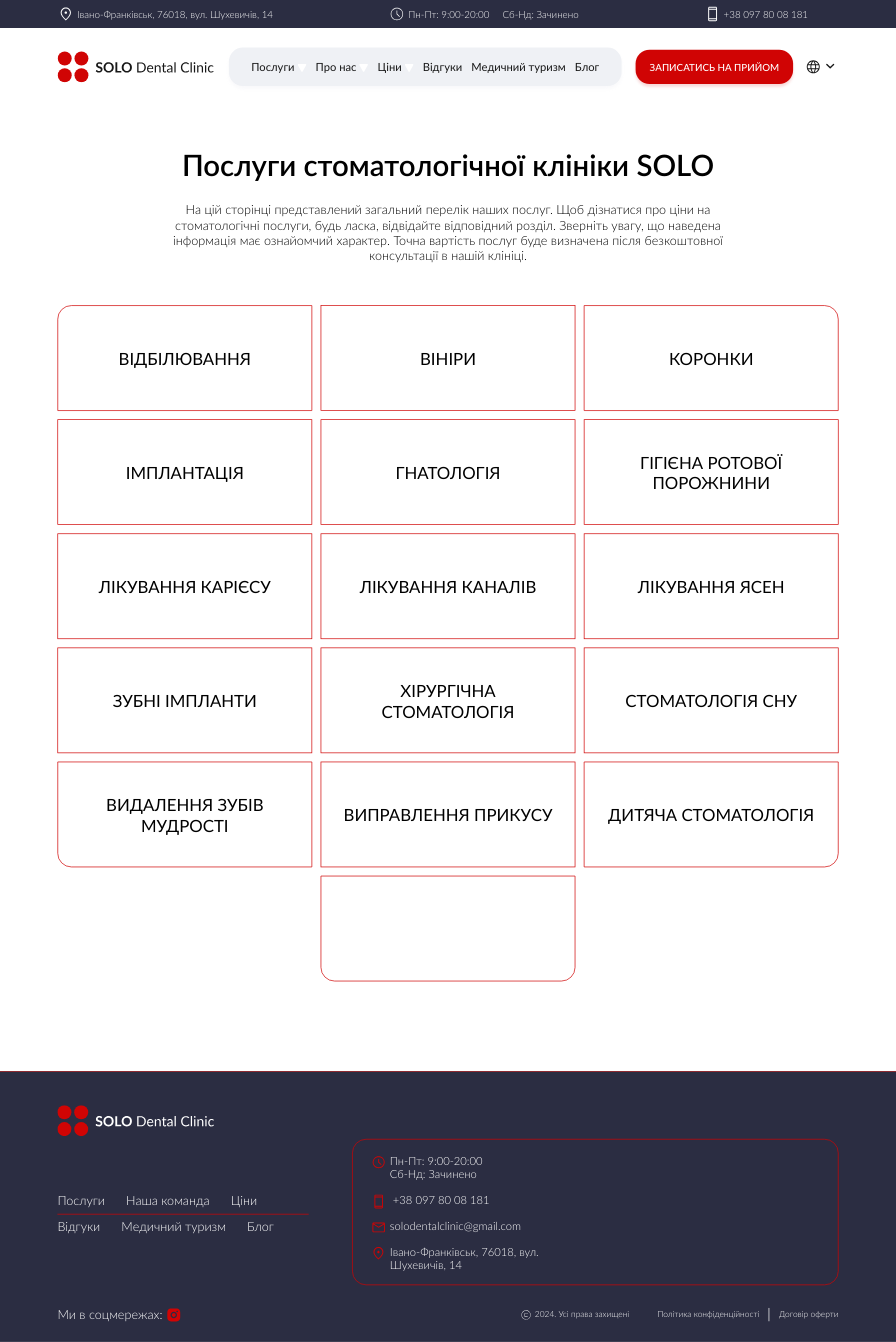
Repository: TarasDutchak/dental-clinic
Page: services.html
The author's editor kept a copy of each file at every save. The page is drawn from the files as they stood at one save, then again after the next save.
The browser window is 1280 px wide. The pictures show the whole page, at 70% of full size.
Pictures or frames that could not be fetched are drawn as grey boxes.

Above is the page before, as saved 2024-12-30 07:50:36.

After the next save:
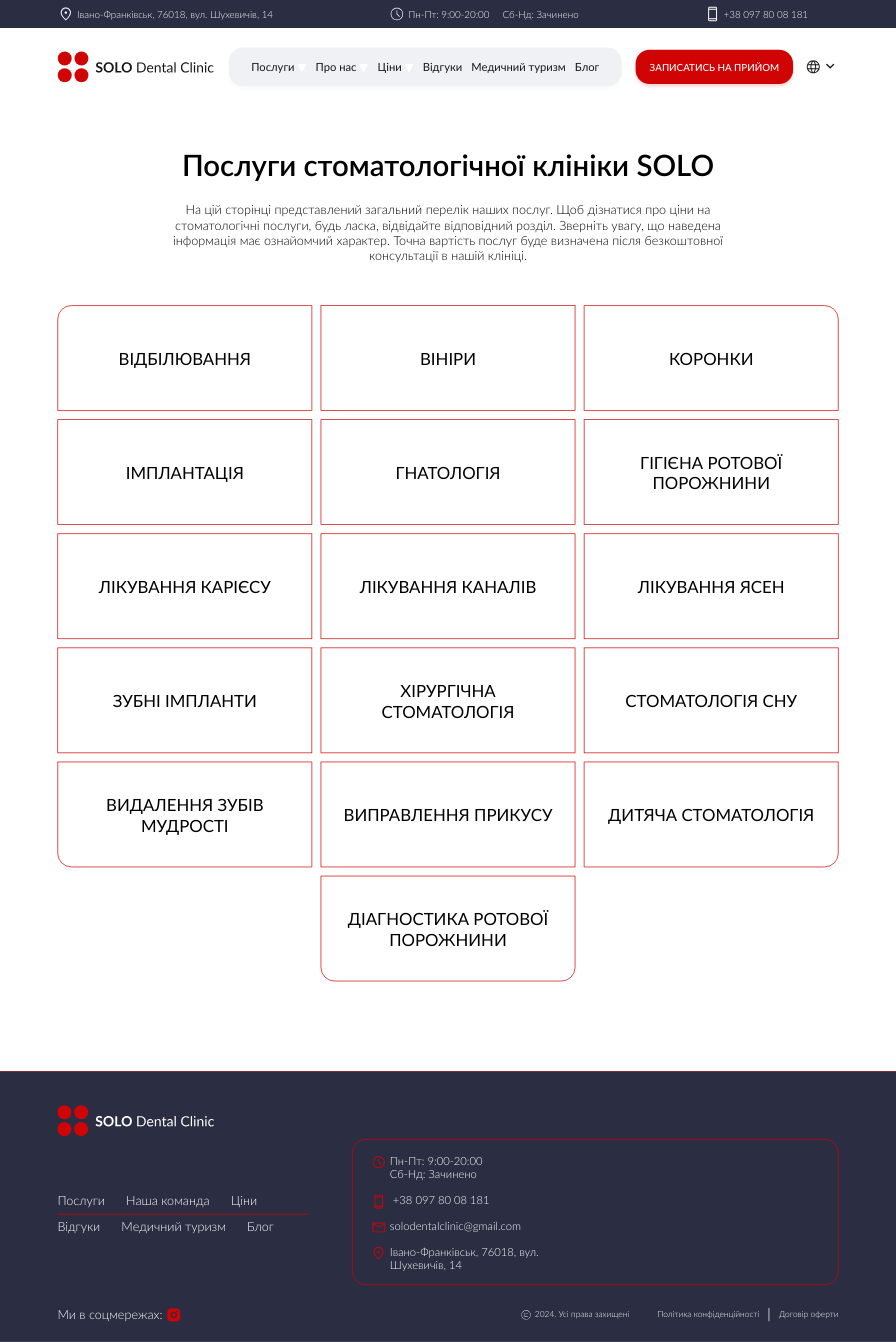
Saved 7 s later.
--- a/services.html
+++ b/services.html
@@ -183,7 +183,9 @@
                     </a>
                     <a href="#" class="service-item">виправлення прикусу</a>
                     <a href="#" class="service-item">дитяча стоматологія</a>
-                    <a href="#" class="service-item"></a>
+                    <a href="#" class="service-item">
+                        діагностика ротової порожнини
+                    </a>
                 </div>
             </div>
         </section>
